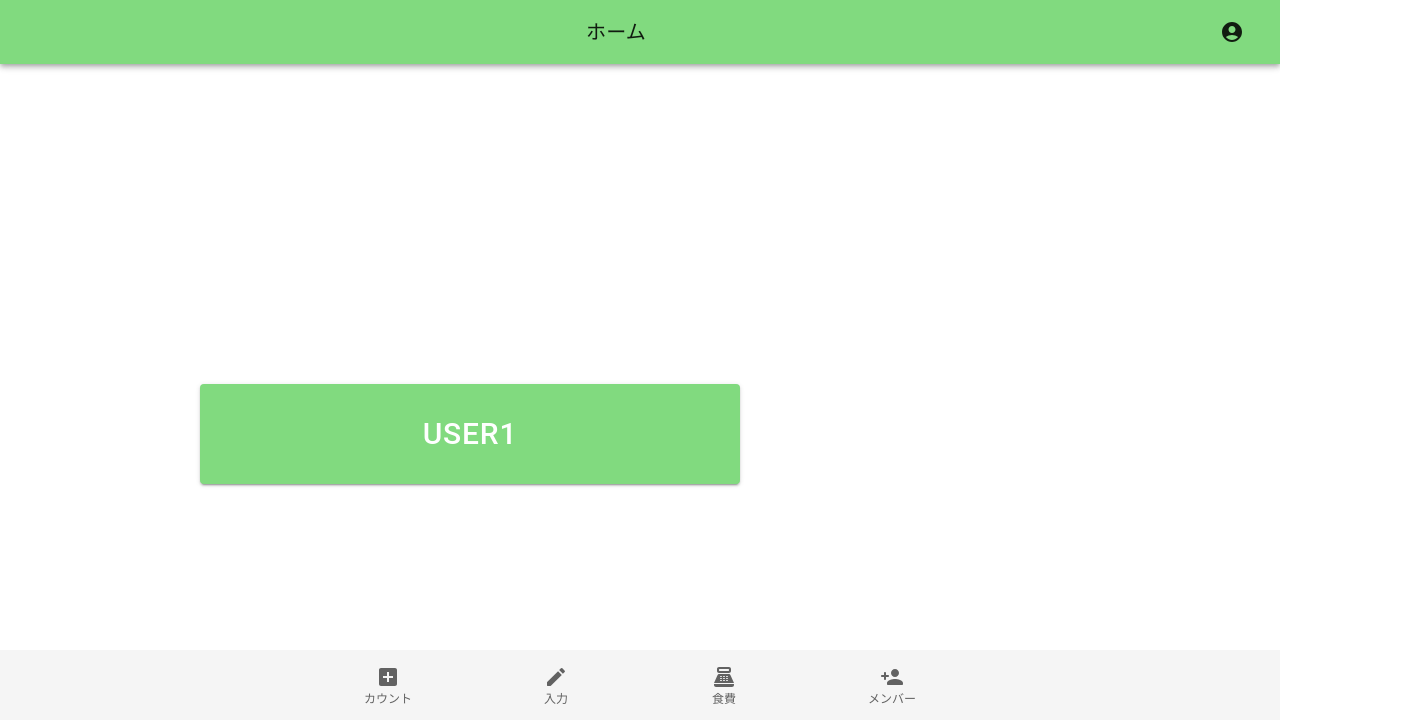
Repository: motohiro0410/motsufood
Page: /noteatingcount (app in frontend/)
An editor plug-in stored every save of this project. The page is shown before and after the next save, followed by the edit.
The browser window is 1280 px wide. The page is 1280 px wide, then 1407 px, so the pictures cover 1407 px, including what lies to the right of the window. The pictures show the whole page.
The project was rebuilt for these pictures with package versions that can differ from the ones it lists, and the page was loaded fresh each time. Also part of the build but not shown: frontend/src/App.css, frontend/src/components/pages/Login.tsx, frontend/src/components/pages/Money.tsx, frontend/src/components/organisms/GroupHeader.tsx, frontend/src/components/pages/Group.tsx, frontend/src/components/organisms/SignInHeader.tsx, frontend/src/components/pages/SignIn.tsx, frontend/src/components/pages/Page404.tsx and 1 more.

Above is the page before, as saved 2022-08-11 16:14:55.

After the next save:
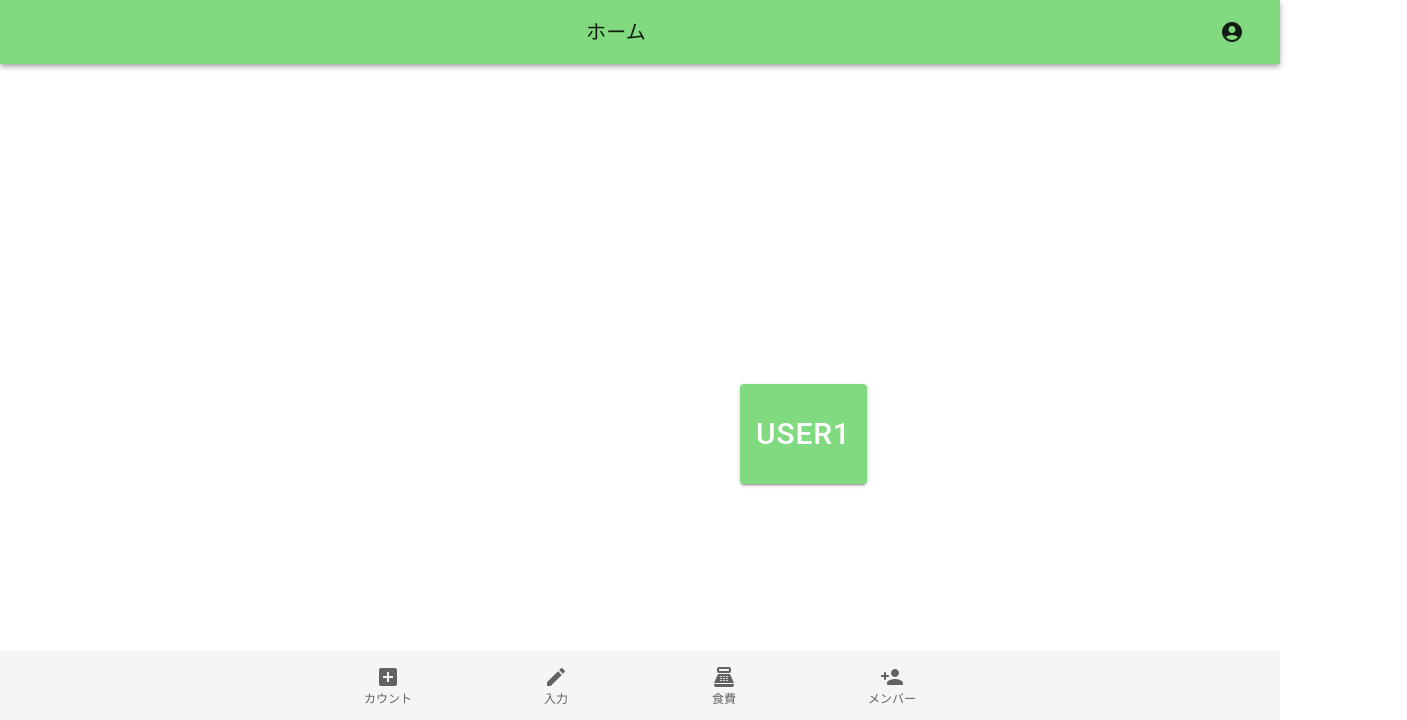
Saved 14 s later.
--- a/frontend/src/components/pages/notEatingCount.tsx
+++ b/frontend/src/components/pages/notEatingCount.tsx
@@ -19,7 +19,7 @@ export const NotEatingCount: FC = memo(() => {
       <MainHeader title={contexts[0].title} handleOpen={handleOpen} />
         <Grid  alignItems="center" sx={{ mt: 40, ml: 25 }} >
           <Grid item>
-            <Button variant="contained" sx={{ bgcolor: '#81da7f', color: "white", fontSize: '30px', width: "50%", height: 100 }}>user1</Button>
+            <Button variant="contained" sx={{ bgcolor: '#81da7f', color: "white", fontSize: '30px', mx: "50%", height: 100 }}>user1</Button>
           </Grid>
         </Grid>
       <Footer />
